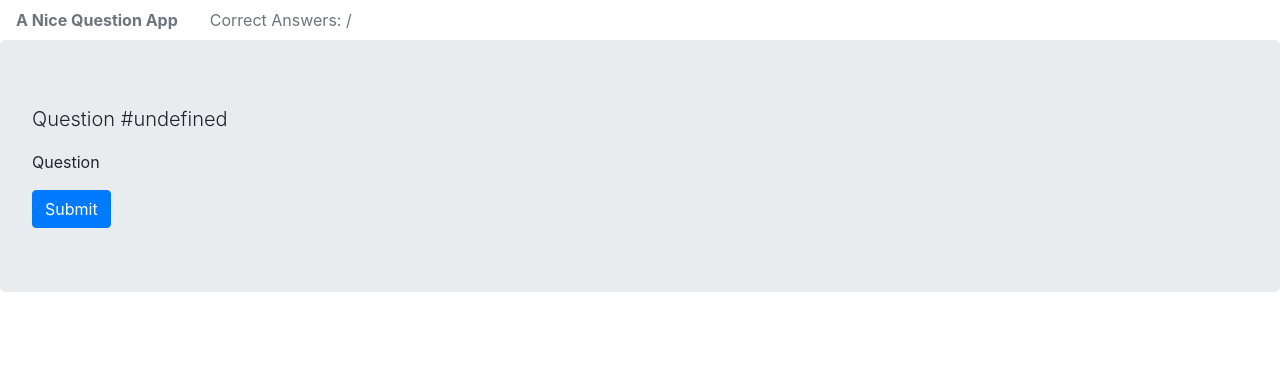
Repository: giovanicascaes/vue-quiz-app
Page: /
The author's editor kept a copy of each file at every save. The page is drawn from the files as they stood at one save, then again after the next save.
The browser window is 1280 px wide. The pictures show the whole page.
The project was rebuilt for these pictures with package versions that can differ from the ones it lists, and the page was loaded fresh each time. Also part of the build but not shown: vue.config.js.

Above is the page before, as saved 2019-04-12 22:11:23.

### public/index.html
<!DOCTYPE html>
<html lang="en">
  <head>
    <meta charset="utf-8">
    <meta http-equiv="X-UA-Compatible" content="IE=edge">
    <meta name="viewport" content="width=device-width,initial-scale=1.0">
    <link rel="icon" href="<%= BASE_URL %>favicon.ico">
    <title>vue-note-app</title>
  </head>
  <body>
    <noscript>
      <strong>We're sorry but vue-note-app doesn't work properly without JavaScript enabled. Please enable it to continue.</strong>
    </noscript>
    <div id="app"></div>
    <!-- built files will be auto injected -->
  </body>
</html>

### src/main.js
import Vue from 'vue';
import BootstrapVue from 'bootstrap-vue';

import 'bootstrap/dist/css/bootstrap.css';
import 'bootstrap-vue/dist/bootstrap-vue.css';

import App from './App.vue';

Vue.config.productionTip = false;

Vue.use(BootstrapVue);

new Vue({
  render: h => h(App),
}).$mount('#app');

### src/App.vue
<template>
  <div id="app">
    <Header/>
    <Questions/>
  </div>
</template>

<script>
import Header from "./components/Header";
import Questions from "./components/Questions";

export default {
  name: "app",
  components: {
    Header,
    Questions
  }
};
</script>

<style>
</style>

### src/components/Header.vue
<template>
  <b-nav>
    <b-nav-item disabled>
      <b>A Nice Question App</b>
    </b-nav-item>
    <b-nav-item disabled>Correct Answers: {{correctAnswers}}/{{totalAnswers}}</b-nav-item>
  </b-nav>
</template>

<script>
export default {
  props: ["totalAnswers", "correctAnswers"]
};
</script>

### src/components/Questions.vue
<template>
  <b-jumbotron :lead="'Question #' + currentQuestionNumber">
    <p>Question</p>
    <b-button variant="primary" href="#">Submit</b-button>
  </b-jumbotron>
</template>

<script>
export default {
  props: ["currentQuestionNumber"]
};
</script>

After the next save:
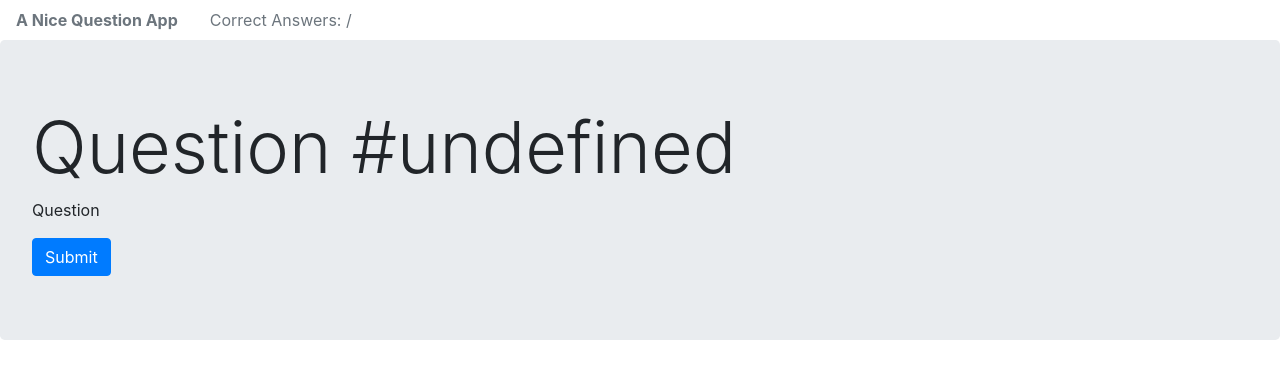
Saved 18 s later.
--- a/src/components/Questions.vue
+++ b/src/components/Questions.vue
@@ -1,5 +1,5 @@
 <template>
-  <b-jumbotron :lead="'Question #' + currentQuestionNumber">
+  <b-jumbotron :header="'Question #' + currentQuestionNumber">
     <p>Question</p>
     <b-button variant="primary" href="#">Submit</b-button>
   </b-jumbotron>

After the save that followed:
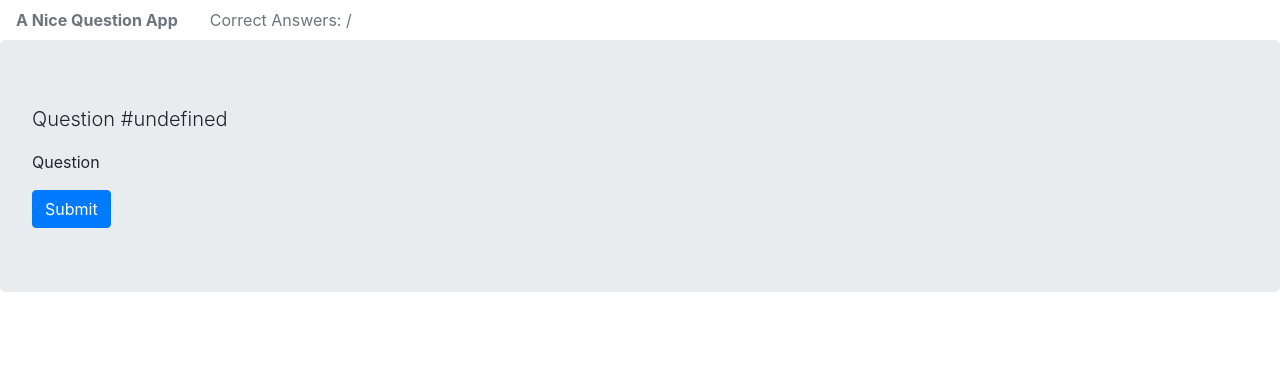
Saved 7 s later.
--- a/src/components/Questions.vue
+++ b/src/components/Questions.vue
@@ -1,5 +1,5 @@
 <template>
-  <b-jumbotron :header="'Question #' + currentQuestionNumber">
+  <b-jumbotron :lead="'Question #' + currentQuestionNumber">
     <p>Question</p>
     <b-button variant="primary" href="#">Submit</b-button>
   </b-jumbotron>
